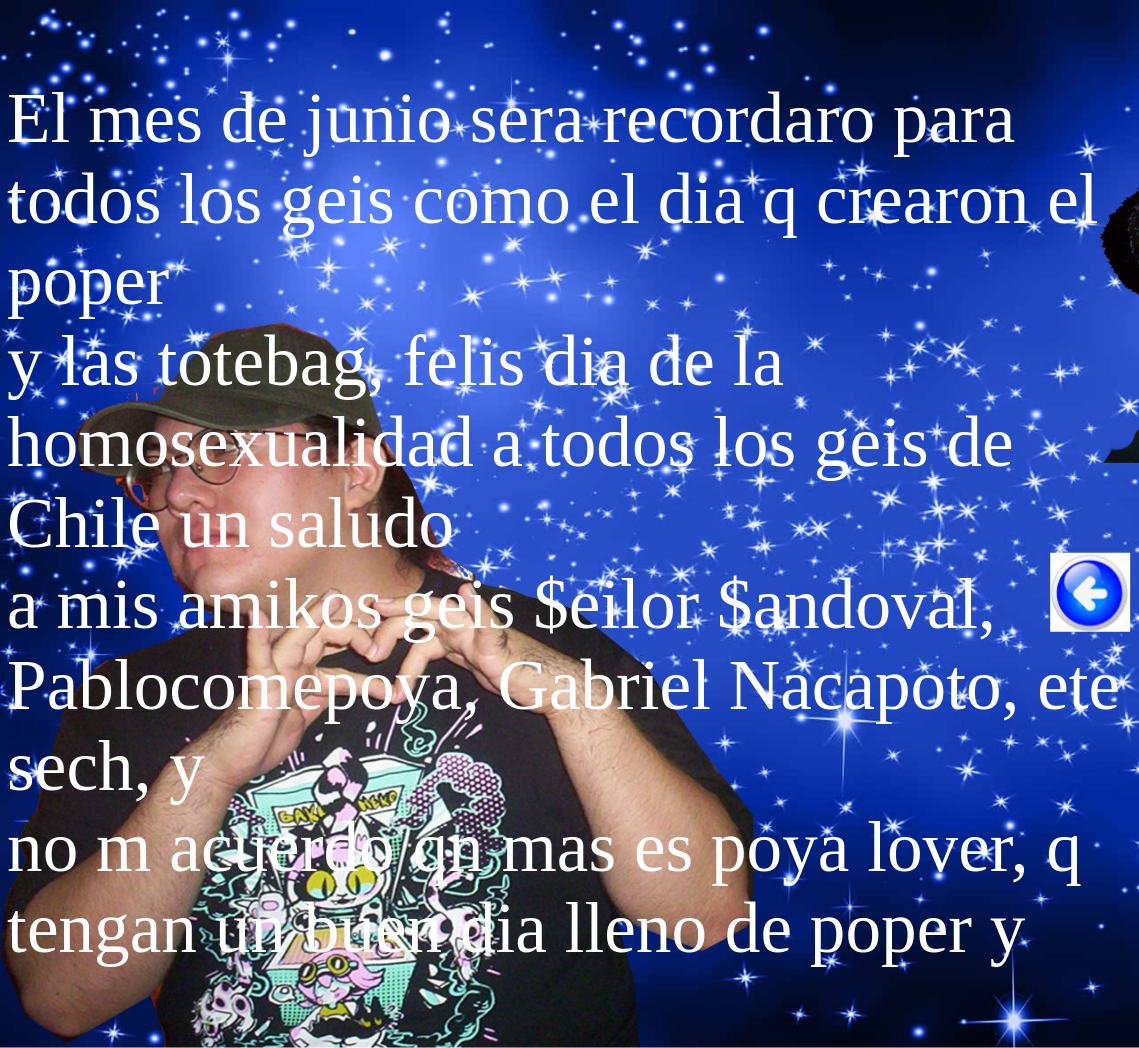
Repository: Eduloco69/crazy-website
Page: gay.html
An editor plug-in stored every save of this project. The page is shown before and after the next save, followed by the edit.
The browser window is 1280 px wide. The pictures show the whole page, at 89% of full size.

Above is the page before, as saved 2025-06-03 23:34:11.

After the next save:
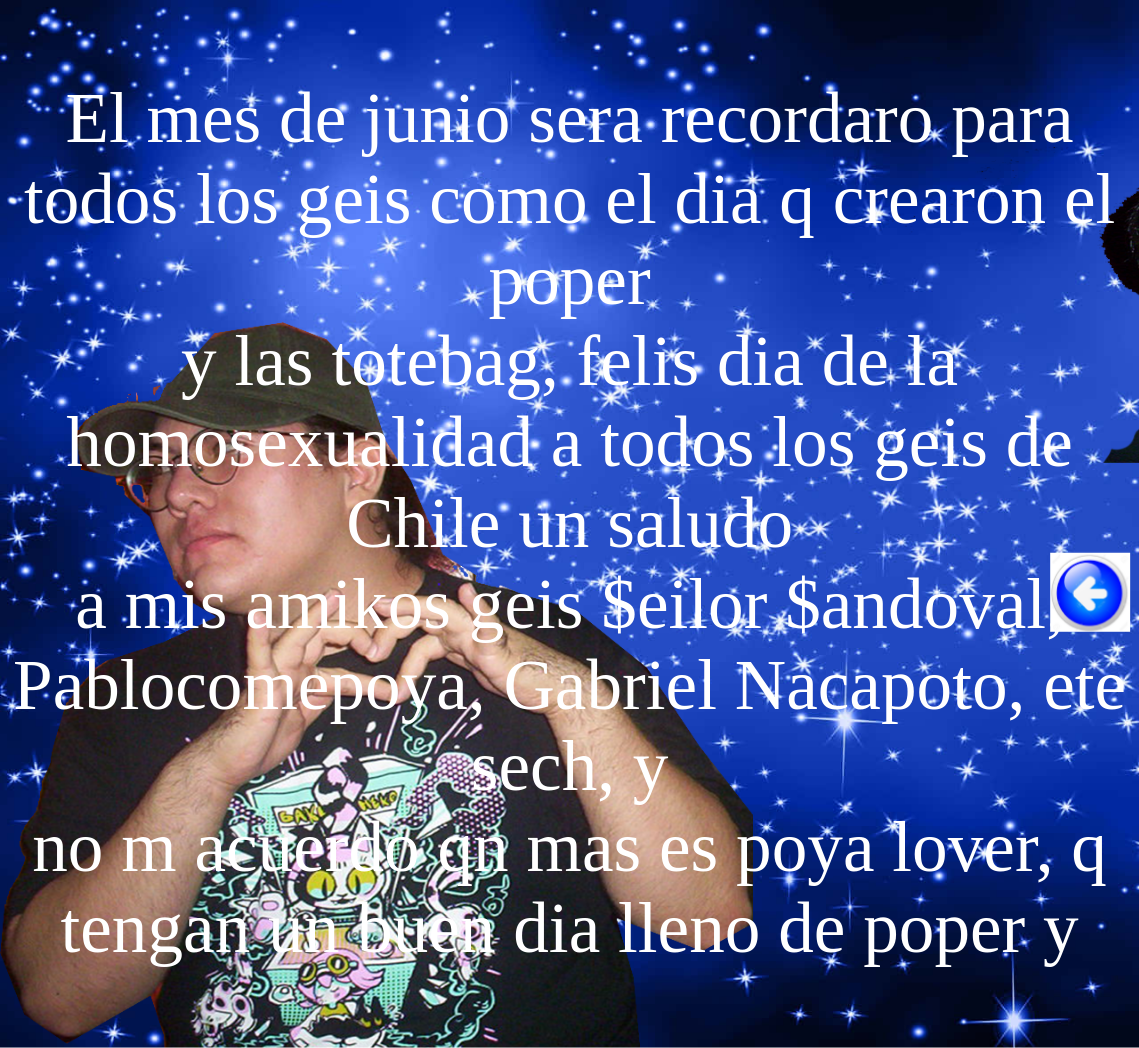
Saved 8 s later.
--- a/styles/style.css
+++ b/styles/style.css
@@ -1,7 +1,8 @@
-html {
-  cursor: url('../src/cursor.ico'), default;
-}
+
 
 body {
-  background-image: url("../src/bg.jpg") ;
+  flex-direction: column;
+  align-items: center;
+  justify-content: center;
+  text-align: center;
 }
